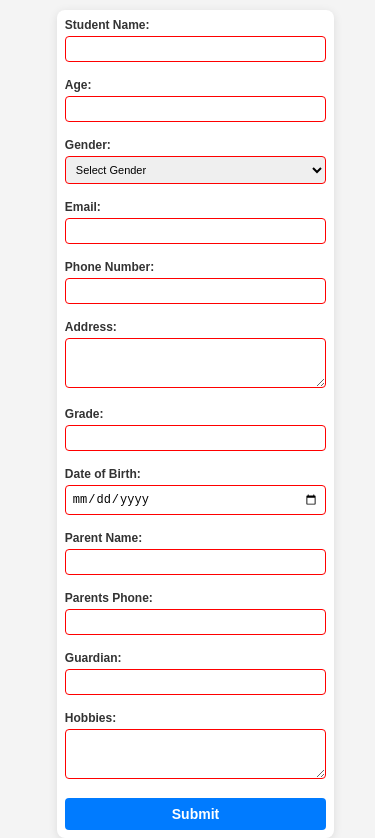
Repository: sharmisthak16/Student-Assignment
Page: /AddStudentModal (app in my-project/)
An editor plug-in stored every save of this project. The page is shown before and after the next save, followed by the edit.
The browser window is 375 px wide. The pictures show the whole page.
The project was rebuilt for these pictures with package versions that can differ from the ones it lists, and the page was loaded fresh each time. Also part of the build but not shown: my-project/vite.config.js, my-project/src/components/LoginForm.css, my-project/src/components/LoginForm.jsx, my-project/src/components/Dashboard.css, my-project/src/components/Dashboard.jsx, my-project/src/components/HomeButtons.css, my-project/src/components/HomeButtons.jsx, my-project/src/Pages/Home.jsx and 2 more.

Above is the page before, as saved 2025-01-31 04:02:13.

After the next save:
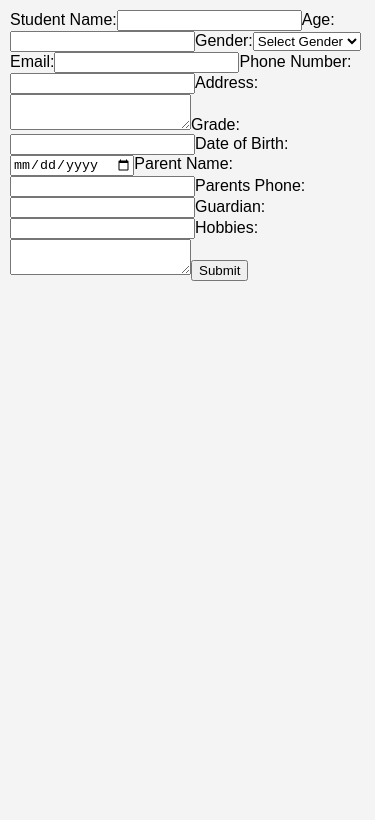
Saved 104 s later.
--- a/my-project/src/components/AddStudentModal.css
+++ b/my-project/src/components/AddStudentModal.css
@@ -9,94 +9,3 @@ body {
   margin: 0;
   padding: 10px; /* Small padding to prevent cutting off content */
 }
-
-form {
-  background-color: #ffffff;
-  padding: 10px;
-  border-radius: 8px;
-  box-shadow: 0 2px 10px rgba(0, 0, 0, 0.1);
-  width: 280px; /* Further reduced width */
-  max-width: 100%;
-  display: flex;
-  flex-direction: column;
-  gap: 8px; /* Reduced gap */
-  overflow-y: auto; /* Allows scrolling if necessary */
-}
-
-h2 {
-  text-align: center;
-  margin-bottom: 10px;
-  color: #333;
-  font-size: 18px; /* Smaller heading */
-  font-weight: 600;
-}
-
-/* Form Inputs */
-label {
-  font-weight: 600;
-  font-size: 12px; /* Smaller label font */
-  color: #333;
-}
-
-input, select, textarea {
-  padding: 6px;
-  margin-top: 4px;
-  margin-bottom: 8px;
-  border: 1px solid #ccc;
-  border-radius: 4px;
-  width: 100%;
-  box-sizing: border-box;
-  font-size: 12px; /* Smaller input font */
-}
-
-textarea {
-  height: 50px; /* Further reduced height */
-  resize: vertical;
-}
-
-input[type="date"] {
-  font-size: 12px;
-}
-
-/* Button Styles */
-button {
-  background-color: #007BFF;
-  color: white;
-  padding: 8px;
-  border: none;
-  border-radius: 4px;
-  cursor: pointer;
-  font-size: 14px;
-  font-weight: 600;
-  width: 100%;
-  box-sizing: border-box;
-}
-
-button:hover {
-  background-color: #0056b3;
-}
-
-/* Error Styling (optional) */
-input:invalid, select:invalid, textarea:invalid {
-  border-color: red;
-}
-
-input:invalid:focus, select:invalid:focus, textarea:invalid:focus {
-  border-color: #ff4d4d;
-}
-
-/* Responsive Design */
-@media (max-width: 600px) {
-  form {
-    width: 100%;
-    padding: 8px;
-  }
-
-  h2 {
-    font-size: 16px; /* Smaller heading on mobile */
-  }
-
-  input, select, textarea {
-    font-size: 11px; /* Smaller input font on mobile */
-  }
-}
